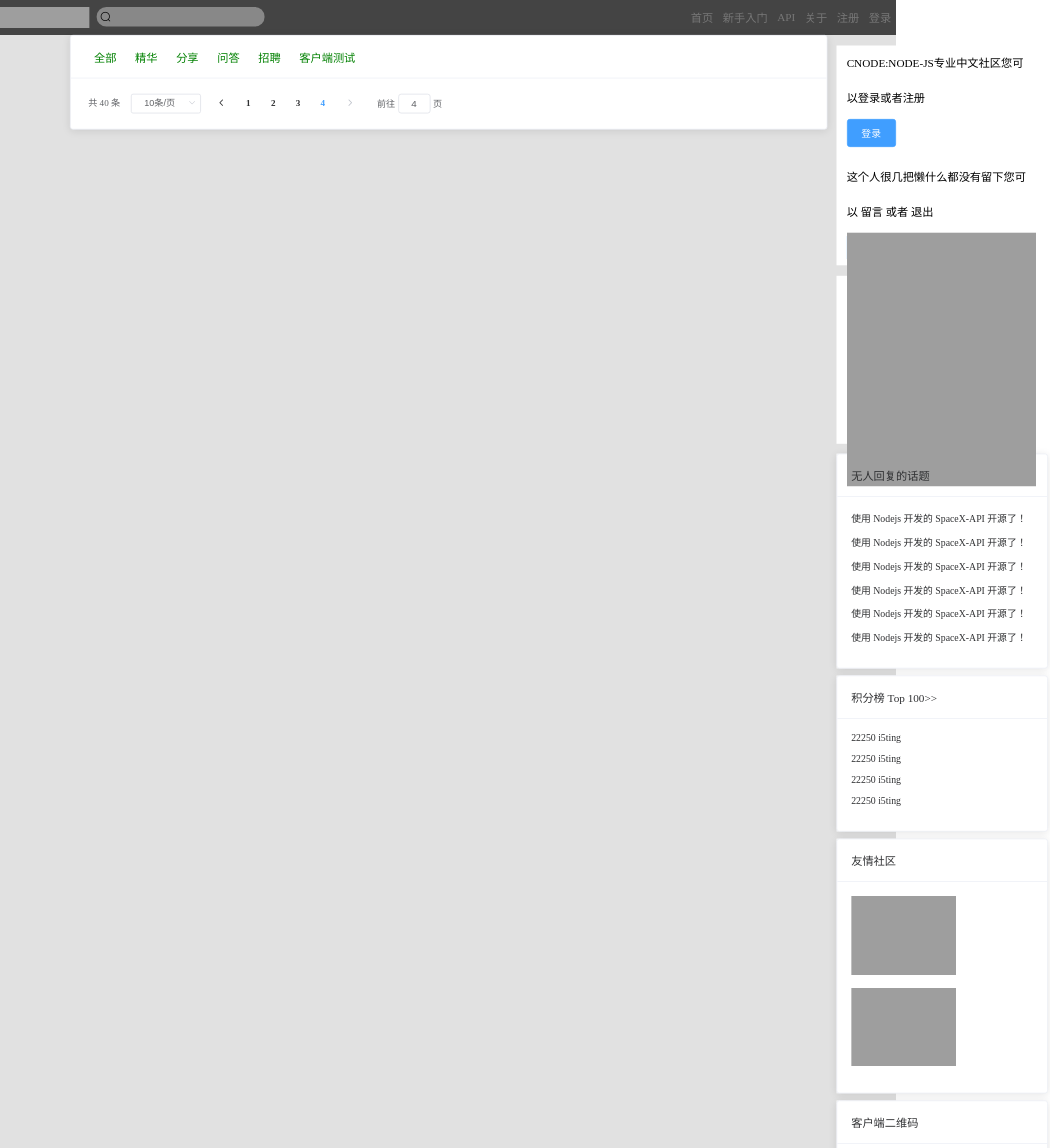
Repository: jinggegeZ/cnode
Page: /
These files come from the project's save history. The page is drawn as it stood at one moment and after the next save; the edit follows.
The browser window is 1280 px wide. The page is 1500 px wide, so the pictures cover 1500 px, including what lies to the right of the window. The pictures show the part of the page from y = 0 to 1640 px (the page is 2329 px tall), at 70% of full size.
Pictures or frames that could not be fetched are drawn as grey boxes. The page's requests for data from a server got no answer. The project was rebuilt for these pictures with package versions that can differ from the ones it lists, and the page was loaded fresh each time. No one was signed in, and anything a server would have sent is missing.

Above is the page before, as saved 2020-06-06 17:00:49.

After the next save:
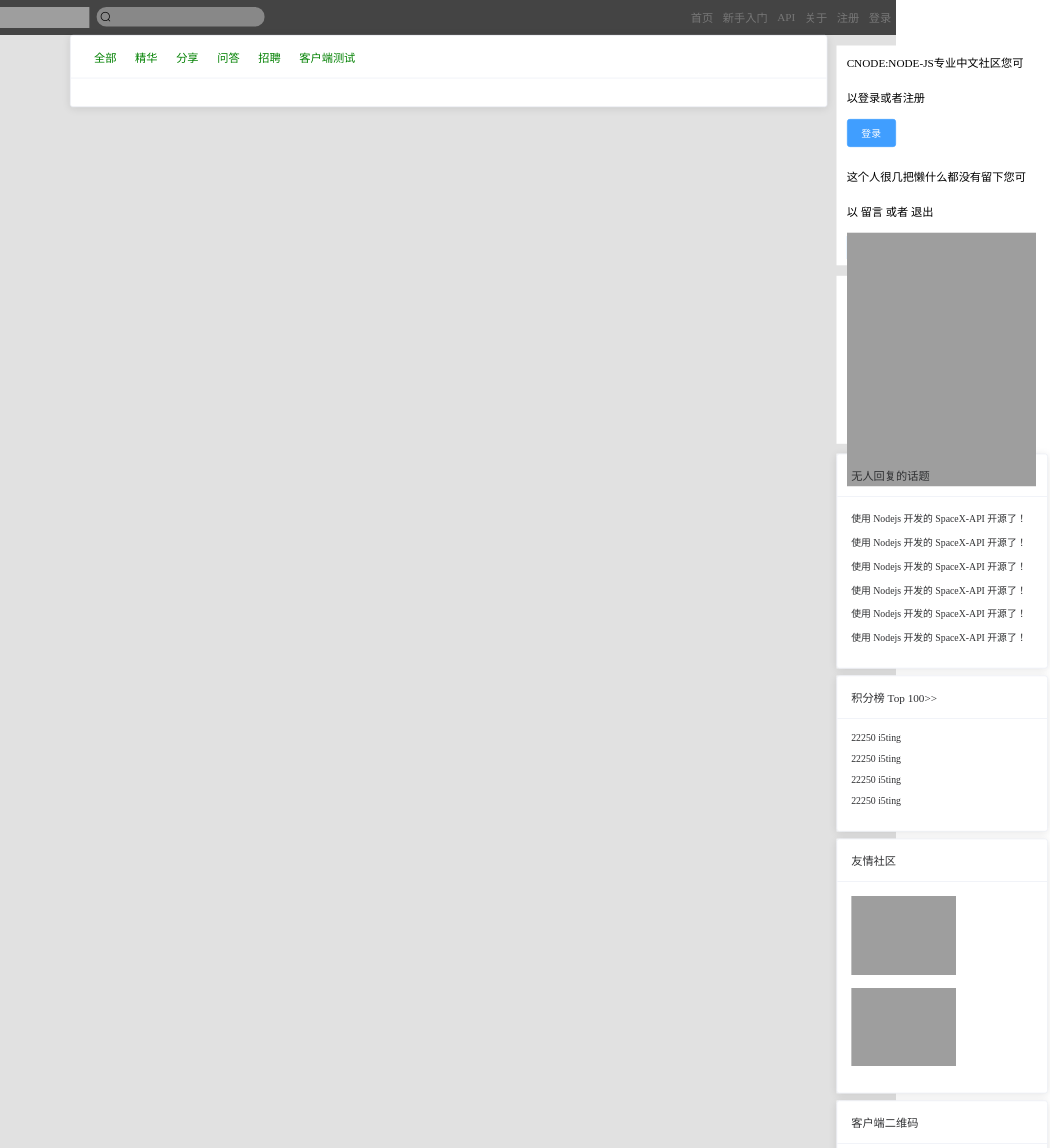
Saved 5 min 57 s later.
--- a/src/views/Home.vue
+++ b/src/views/Home.vue
@@ -16,14 +16,23 @@
       <div @click="click"><a href="">客户端测试</a></div>
     </div>
     </div>
-    <div v-for="(item,index) in arr" :key="index" class="text item style">
-      <div class="item2">
+    <div v-for="(item,index) in arr" :key="index" class="text item style ">
+      <div class="item2 block">
+        <el-pagination
+        @size-change="handleSizeChange"
+        @current-change="handleCurrentChange"
+        :current-page="currentPage4"
+        :page-sizes="[10, 20, 30, 40]"
+        :page-size="10"
+        layout="total, sizes, prev, pager, next, jumper"
+        :total="40">
           <div class="item1"><a href="" class="img"><img :src="item.author.avatar_url" alt="" width="25px" height="25px"></a></div>
           <div class="item3">{{item.reply_count}}/{{item.visit_count}}</div>
           <div class="i-top" v-if="index < 2">置顶</div>
           <div class="i-top1" v-if="index > 2 && item.tab === 'share'">分享</div>
           <div class="i-top1" v-if="item.tab === 'ask'">问答</div>
           <a href="/details" class="item4">{{item.title}}</a>
+          </el-pagination>
       </div>
       <div>
         <div>1212</div>
@@ -31,17 +40,7 @@
       </div>
     </div>
       <!-- 分页器 -->
-    <div class="block">
-    <el-pagination
-      @size-change="handleSizeChange"
-      @current-change="handleCurrentChange"
-      :current-page="currentPage4"
-      :page-sizes="[10, 20, 30, 40]"
-      :page-size="10"
-      layout="total, sizes, prev, pager, next, jumper"
-      :total="40">
-    </el-pagination>
-  </div>
+
 </el-card>
   </div>
   </div>

After the 2 saves that followed:
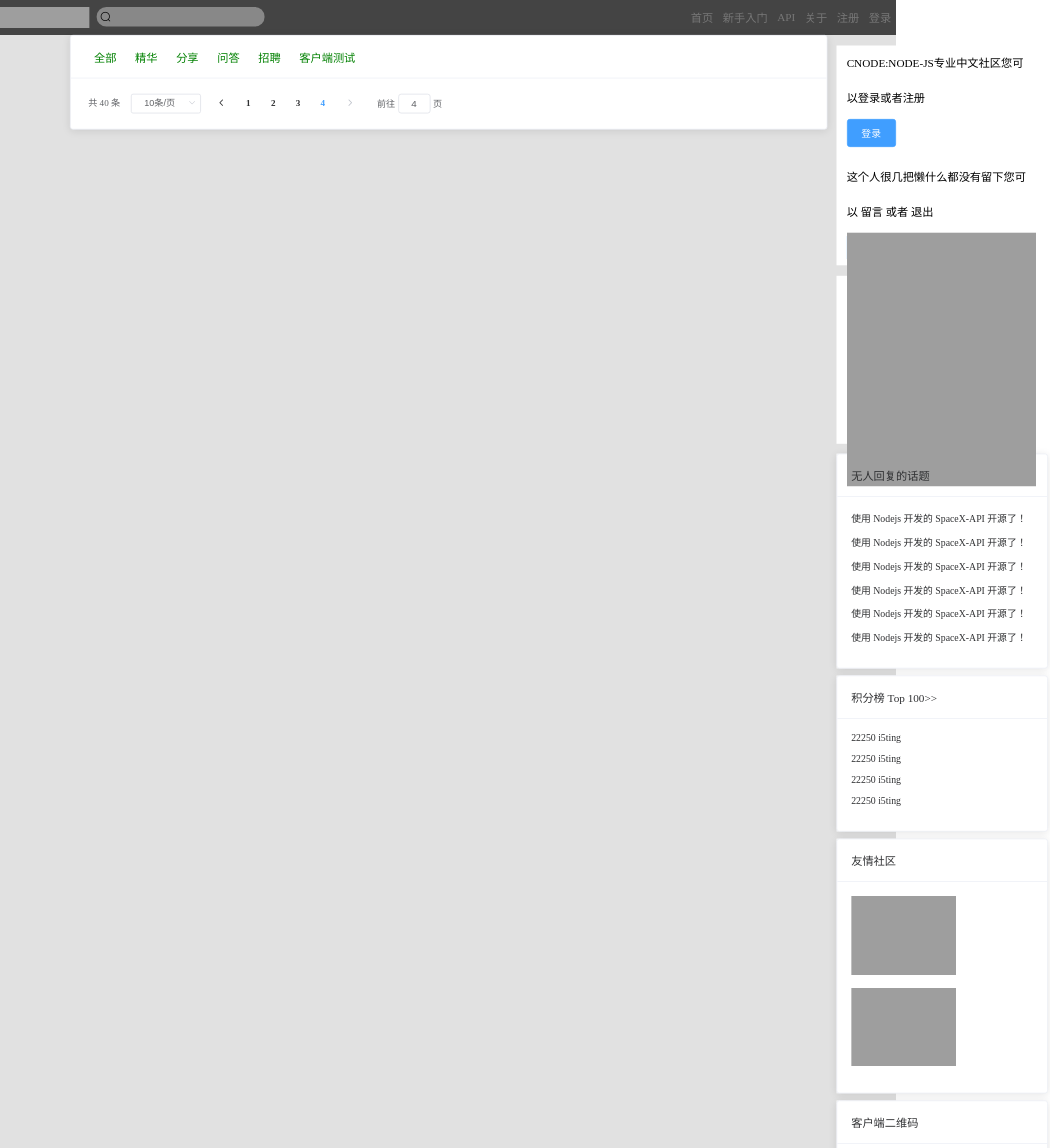
The 2 saves are shown as one change because 1 did not build or start.
The last was saved 113 s later.
--- a/src/views/Home.vue
+++ b/src/views/Home.vue
@@ -16,28 +16,31 @@
       <div @click="click"><a href="">客户端测试</a></div>
     </div>
     </div>
+    <div class="block">
+    <el-pagination
+      @size-change="handleSizeChange"
+      @current-change="handleCurrentChange"
+      :current-page="currentPage4"
+      :page-sizes="[10, 20, 30, 40]"
+      :page-size="10"
+      layout="total, sizes, prev, pager, next, jumper"
+      :total="40">
+    </el-pagination>
     <div v-for="(item,index) in arr" :key="index" class="text item style ">
-      <div class="item2 block">
-        <el-pagination
-        @size-change="handleSizeChange"
-        @current-change="handleCurrentChange"
-        :current-page="currentPage4"
-        :page-sizes="[10, 20, 30, 40]"
-        :page-size="10"
-        layout="total, sizes, prev, pager, next, jumper"
-        :total="40">
+      <div class="item2">
           <div class="item1"><a href="" class="img"><img :src="item.author.avatar_url" alt="" width="25px" height="25px"></a></div>
           <div class="item3">{{item.reply_count}}/{{item.visit_count}}</div>
           <div class="i-top" v-if="index < 2">置顶</div>
           <div class="i-top1" v-if="index > 2 && item.tab === 'share'">分享</div>
           <div class="i-top1" v-if="item.tab === 'ask'">问答</div>
           <a href="/details" class="item4">{{item.title}}</a>
-          </el-pagination>
       </div>
+
       <div>
         <div>1212</div>
         <div>{{item.last_reply_at}}天前</div>
       </div>
+    </div>
     </div>
       <!-- 分页器 -->
 
